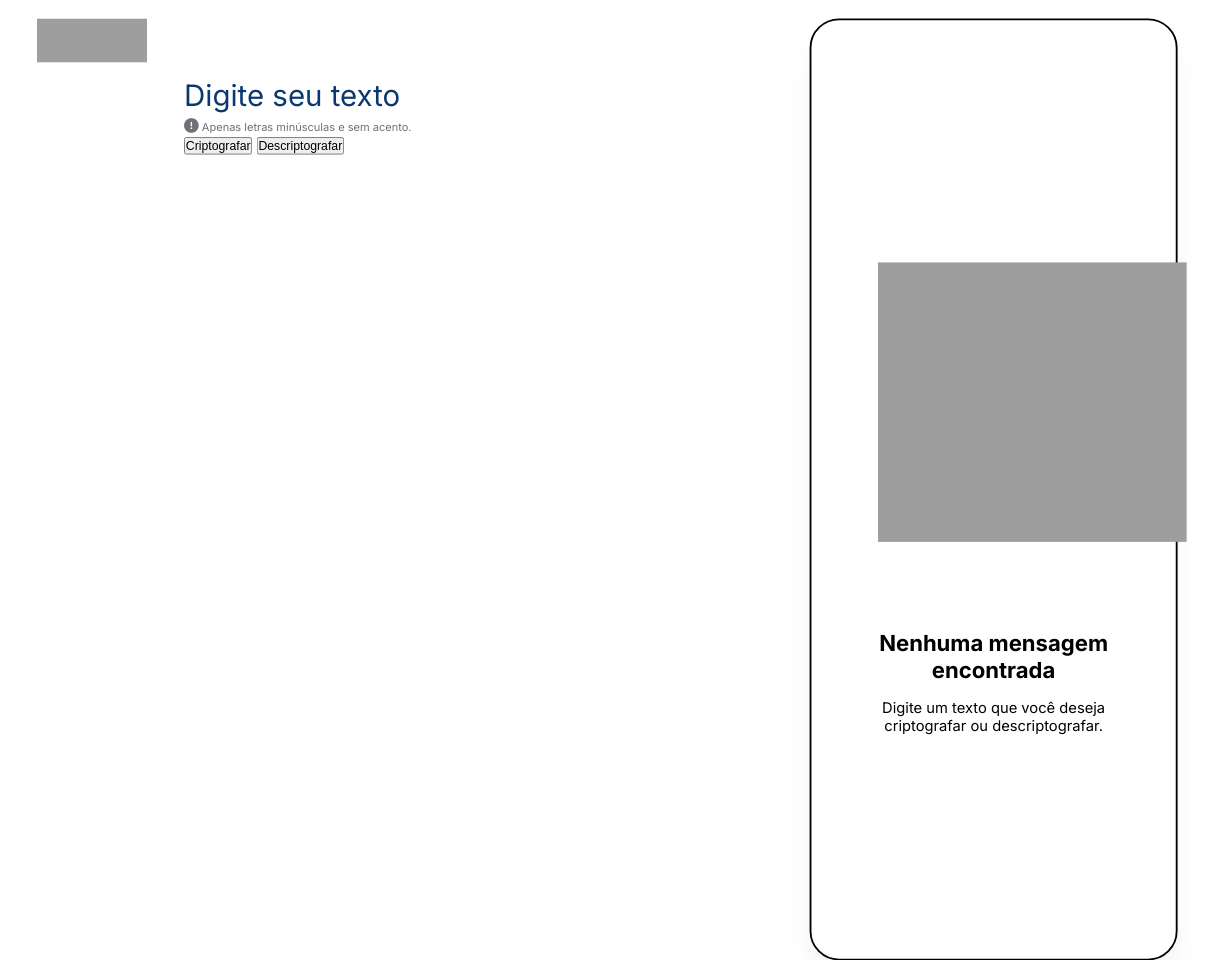
Repository: CarlosEduardoVdeOliveira/descodificador-de-texto
Page: index.html
An editor plug-in stored every save of this project. The page is shown before and after the next save, followed by the edit.
The browser window is 1280 px wide. The page is 1330 px wide, so the pictures cover 1330 px, including what lies to the right of the window. The pictures show the whole page, at 92% of full size.
Pictures or frames that could not be fetched are drawn as grey boxes.

Above is the page before, as saved 2023-04-11 21:52:03.

### index.html
<!DOCTYPE html>
<html lang="en">
<head>
   <meta charset="UTF-8">
   <link rel="preconnect" href="https://fonts.googleapis.com">
   <link rel="preconnect" href="https://fonts.gstatic.com" crossorigin>
   <meta http-equiv="X-UA-Compatible" content="IE=edge">
   <meta name="viewport" content="width=device-width, initial-scale=1.0">
   <link href="https://fonts.googleapis.com/css2?family=Inter:wght@400;700&display=swap" rel="stylesheet">
   <link rel="stylesheet" href="https://cdnjs.cloudflare.com/ajax/libs/font-awesome/6.4.0/css/all.min.css" integrity="sha512-iecdLmaskl7CVkqkXNQ/ZH/XLlvWZOJyj7Yy7tcenmpD1ypASozpmT/E0iPtmFIB46ZmdtAc9eNBvH0H/ZpiBw==" crossorigin="anonymous" referrerpolicy="no-referrer" />
   <link rel="stylesheet" href="/public/styles/reset.css">
   <link rel="stylesheet" href="/public/styles/index.css">
   <title>Decodificador</title>
</head>
<body>
   <header>
   </header>
   <main>
      <img src="/public/images/imageLogo.png"
         alt="letra a da logo da escola de programação Alura">
      <div class="frist-area">
         <input placeholder="Digite seu texto" />
         <span>
            <i class="fa-solid fa-circle-exclamation"></i>
            Apenas letras minúsculas e sem acento.
         </span>
         <div>
            <button>Criptografar</button>
            <button>Descriptografar</button>
         </div>
      </div>
      <div class="highlight">
         <img src="/public/images/imageHighLight.svg" alt="">
         <div>
            <h2>Nenhuma mensagem encontrada</h2>
            <p>
               Digite um texto que você deseja criptografar ou descriptografar.
            </p>
         </div>
      </div>
   </main>
</body>
</html>

### public/styles/reset.css
*{
   margin: 0;
   padding: 0;
   box-sizing: border-box;
}
body{
   font-family:  'Inter', sans-serif;
   font-size: 1rem;
}

### public/styles/index.css
:root{
   --dark-blue-300: #0A3871;
   --gray-400: #495057;
}
header{
   position: absolute;
   width: 100%;
   height: 2.5rem;
}
img{
   width: 8rem;
   height: 3rem;
   margin: 2.5rem;
   top: -20px;
   position: relative;
}
main {
   display: flex;
   justify-content: space-around;
   align-items: self-start;
   margin: 0 auto;
}
.frist-area{
   display: flex;
   flex-direction: column;
   position: relative;
   top: 80px;
}
input{
   width: 680px;
   height: 48px;
   font-family: 'Inter';
   font-size: 32px;
   line-height: 150%;
   color: var(--dark-blue-300);
   border: none;

}

input::placeholder{
   color: var(--dark-blue-300);
}
i{
   color: var(--gray-400);
   font-size: 1rem;
}
span{
   font-size: 12px;
   color: var(--gray-400);
   line-height: 150%;
   opacity: 0.8;

}
.highlight{
   width: 25rem;
   position: relative;
   top: 20px;
   padding: 15.188rem 2rem;
   text-align: center;
   background: #FFFFFF;
   /* shadow */
   box-shadow: 0px 24px 32px -8px rgba(0, 0, 0, 0.08);
   border-radius: 32px;
   border: 2px solid black;
}
.highlight div{
   display: flex;
   flex-direction: column;

   margin-top: 2rem;
   padding: 0px;
   gap: 16px;
}
.highlight img{
   width: 21rem;
   height: 19rem;
}

After the next save:
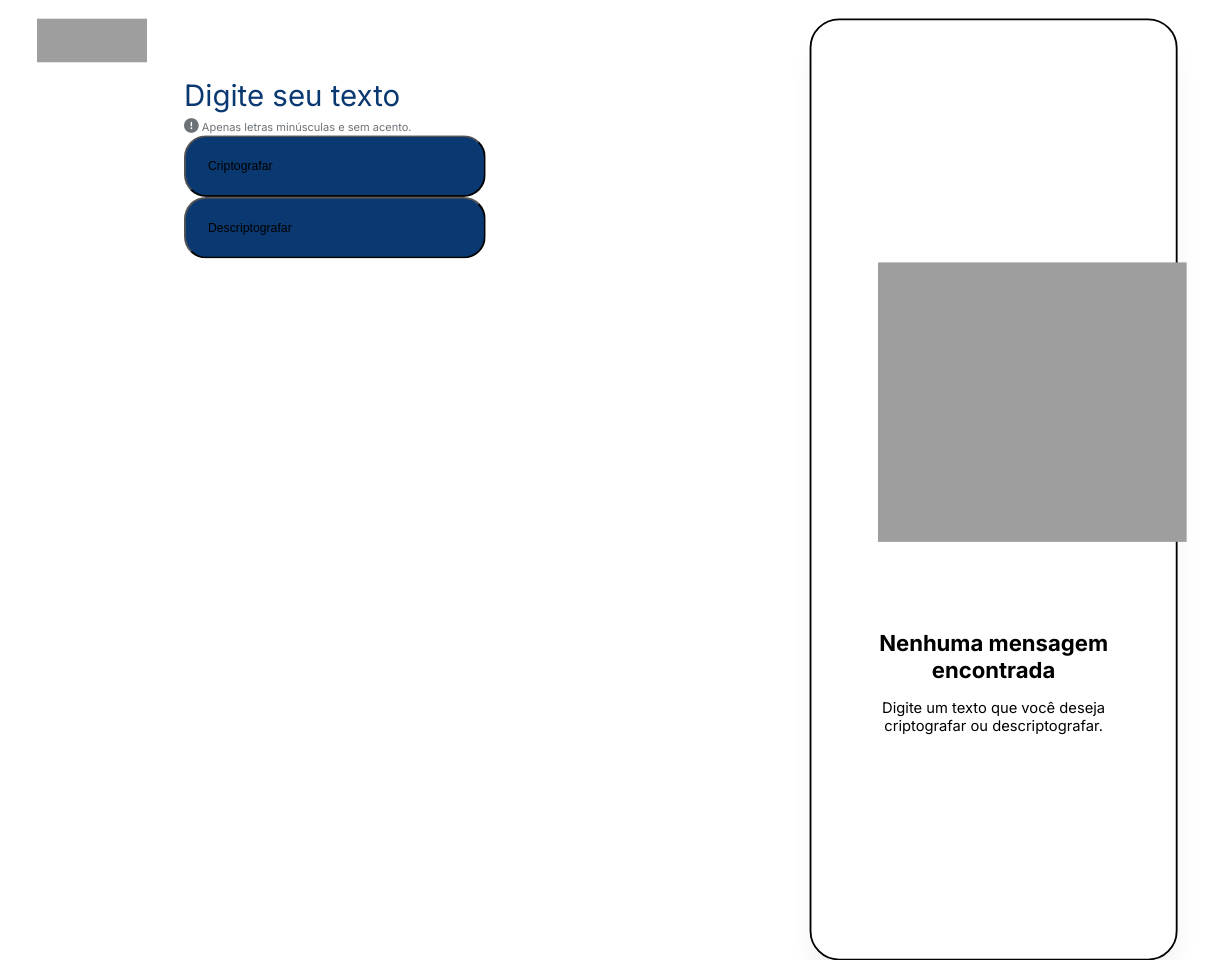
Saved 2 min 23 s later.
--- a/public/styles/index.css
+++ b/public/styles/index.css
@@ -51,6 +51,27 @@ span{
    opacity: 0.8;
 
 }
+button{
+   display: flex;
+   flex-direction: row;
+   align-items: flex-start;
+   padding: 24px;
+   gap: 8px;
+
+   width: 328px;
+   height: 67px;
+
+   /* Dark blue/dark-blue-300 */
+
+   background: #0A3871;
+   border-radius: 24px;
+
+   /* Inside auto layout */
+
+   flex: none;
+   order: 0;
+   flex-grow: 0;
+}
 .highlight{
    width: 25rem;
    position: relative;
